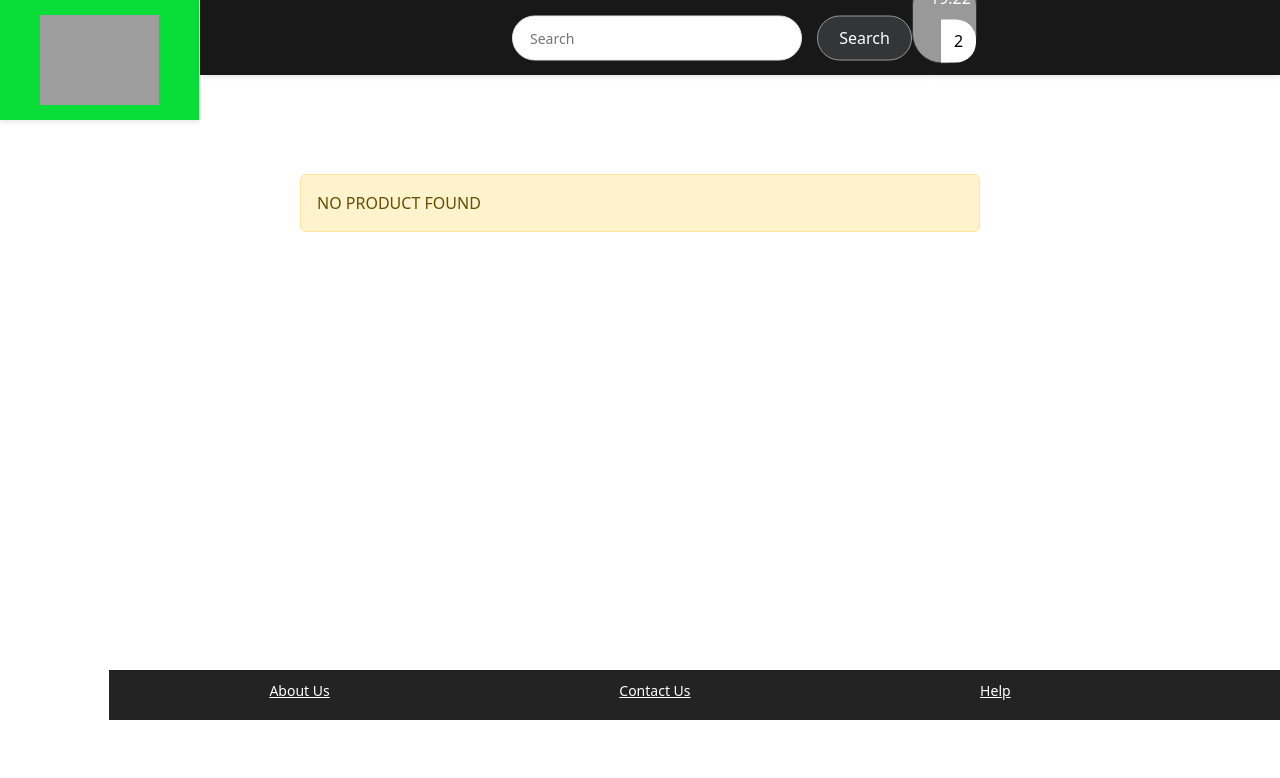
Repository: mustafa-alperen-yilmaz/e-commerce-app
Page: / (app in ecommerceangular/)
These files come from the project's save history. The page is drawn as it stood at one moment and after the next save; the edit follows.
The browser window is 1280 px wide. The pictures show the whole page.
Pictures or frames that could not be fetched are drawn as grey boxes. The page's requests for data from a server got no answer. The project was rebuilt for these pictures with package versions that can differ from the ones it lists, and the page was loaded fresh each time. No one was signed in, and anything a server would have sent is missing. Also part of the build but not shown: ecommerceangular/angular.json, ecommerceangular/src/app/components/produc-details/produc-details.component.ts.

Above is the page before, as saved 2023-03-12 03:49:28.

### ecommerceangular/src/index.html
<!doctype html>
<html lang="en">
<head>
  <meta charset="utf-8">
  <meta name="viewport" content="width=device-width, initial-scale=1 , shrink-to-fit=no">
  <title>Ecommerce App</title>
  <base href="/">
  <link rel="icon" type="image/x-icon" href="favicon.ico">
</head>
<body>
  <app-root></app-root>
</body>
</html>

### ecommerceangular/src/app/app.module.ts
import { NgModule } from '@angular/core';
import { BrowserModule } from '@angular/platform-browser';

import { AppComponent } from './app.component';
import { ProductListComponent } from './components/product-list/product-list.component';
import {HttpClientModule} from '@angular/common/http';
import { ProductService } from './services/product.service';
import {Routes, RouterModule} from '@angular/router';
import { ProductCategoryMenuComponent } from './components/product-category-menu/product-category-menu.component';
import { SearchComponent } from './components/search/search.component';
import { ProducDetailsComponent } from './components/produc-details/produc-details.component';

const routes : Routes=[
  {path: 'products/:id', component: ProducDetailsComponent},
  {path: 'search/:keyword', component: ProductListComponent},
  {path:'category/:id', component:ProductListComponent},
  {path:'category', component:ProductListComponent},
  {path:'products', component:ProductListComponent},
  {path:'', redirectTo:'products', pathMatch:'full'},
  {path:'**', redirectTo:'products', pathMatch:'full'}

];
@NgModule({
  declarations: [
    AppComponent,
    ProductListComponent,
    ProductCategoryMenuComponent,
    SearchComponent,
    ProducDetailsComponent
  ],
  imports: [
    RouterModule.forRoot(routes),
    BrowserModule,
    HttpClientModule
  ],
  providers: [ProductService],
  bootstrap: [AppComponent]
})
export class AppModule { }

### ecommerceangular/src/app/app.component.ts
import { Component } from '@angular/core';

@Component({
  selector: 'app-root',
  templateUrl: './app.component.html',
  styleUrls: ['./app.component.css']
})
export class AppComponent {
  title = 'ecommerceangular';
}

### ecommerceangular/src/app/components/product-list/product-list.component.ts
import { Component , OnInit } from '@angular/core';
import { ProductService } from 'src/app/services/product.service';
import { Product } from 'src/app/common/product';
import { Router, ActivatedRoute } from '@angular/router';

@Component({
  selector: 'app-product-list',
  templateUrl: './product-list-grid.component.html',
  styleUrls: ['./product-list.component.css']
})
export class ProductListComponent implements OnInit {
  products : Product[] =[];
  currentCategoryId: number = 1;
  searchMode: boolean = false;
  constructor(private productService: ProductService ,
              private route : ActivatedRoute) {
    }
  ngOnInit(){
    this.route.paramMap.subscribe(() => {
      this.listProducts();
    });
  }
  listProducts(){
    this.searchMode = this.route.snapshot.paramMap.has('keyword');
    if(this.searchMode){
      this.handleSearchProducts();
    }else{
      this.handleListProducts();
    }
  }
  handleSearchProducts(){
    const theKeyword: string = this.route.snapshot.paramMap.get('keyword')!;
    this.productService.searchProducts(theKeyword).subscribe(
      data =>{
        this.products = data;
      }
    );
  }
  handleListProducts(){
    const hasCategoryId: boolean = this.route.snapshot.paramMap.has('id');
    if(hasCategoryId){
      this.currentCategoryId = +this.route.snapshot.paramMap.get('id')!;
    }else{
      this.currentCategoryId = 1;
    }
    this.productService.getProductList(this.currentCategoryId)
    .subscribe(data => {
      this.products = data;
    })
  }
}

### ecommerceangular/src/app/services/product.service.ts
import { Injectable } from '@angular/core';
import { HttpClient, HttpResponse } from '@angular/common/http';
import { Observable } from 'rxjs';
import { map } from 'rxjs/operators';
import {Product} from '../common/product';
import { ProductCategory } from '../common/product-category';

@Injectable({
  providedIn: 'root'
})
export class ProductService {
  private baseUrl="http://localhost:8080/api/products"; // standart shows 20 products if we want add ?size=number it shows number of products.
  private categoryUrl = "http://localhost:8080/api/product-category";
  constructor(private httpClient : HttpClient) { }

  getProductList(theCategoryId : Number): Observable<Product[]>{
    const searchUrl = `${this.baseUrl}/search/findByCategoryId?id=${theCategoryId}`;
    return this.getProducts(searchUrl);
  }
  getProductCategories(): Observable<ProductCategory[]>{
    return this.httpClient.get<GetResponseProductCategory>(this.categoryUrl)
    .pipe(map(response => response._embedded.productCategory));
  }
  searchProducts(theKeyword: string): Observable<Product[]>{
    const searchUrl = `${this.baseUrl}/search/findByNameContaining?name=${theKeyword}`;
    return this.getProducts(searchUrl);
  }
  private getProducts(searchUrl: string): Observable<Product[]>{
    return this.httpClient.get<GetResponseProducts>(searchUrl)
    .pipe(map(response => response._embedded.products)
    );
  }
  getProduct(theProductId: Number): Observable<Product>{
    const productUrl = `${this.baseUrl}/${theProductId}`;
    return this.httpClient.get<Product>(productUrl);
  }
}
interface GetResponseProducts {
  _embedded:{
    products: Product[];
  }
}
interface GetResponseProductCategory {
  _embedded:{
    productCategory: ProductCategory[];
  }
}

### ecommerceangular/src/app/components/product-category-menu/product-category-menu.component.ts
import { Component , OnInit } from '@angular/core';
import { ProductCategory } from 'src/app/common/product-category';
import { ProductService } from 'src/app/services/product.service';
import { RouterModule } from '@angular/router';


@Component({
  selector: 'app-product-category-menu',
  templateUrl: './product-category-menu.component.html',
  styleUrls: ['./product-category-menu.component.css']
})
export class ProductCategoryMenuComponent implements OnInit {
  productCategories: ProductCategory[] = [];
  constructor(private productService: ProductService) { }

  ngOnInit(){
    this.listProductCategories();
  }
listProductCategories(){
  this.productService.getProductCategories().subscribe(data => {
    console.log('====================================');
    console.log('Product Categories='+ JSON.stringify(data));
    console.log('====================================');
    this.productCategories = data;
    });
  }
}

### ecommerceangular/src/app/components/search/search.component.ts
import { Component ,OnInit } from '@angular/core';
import {Router, ActivatedRoute} from '@angular/router';

@Component({
  selector: 'app-search',
  templateUrl: './search.component.html',
  styleUrls: ['./search.component.css']
})
export class SearchComponent implements OnInit {
  constructor(private router: Router){}

  ngOnInit(){

  }
  doSearch(value : string){
    console.log(`value=${value}`);
    this.router.navigateByUrl(`/search/${value}`);
  }
}

### ecommerceangular/src/app/app.component.html
<div class="page-wrapper">

  <aside class="menu-sidebar d-none d-lg-block">
    <div class="logo">
      <a href="home.html">
        <img src="assets/images/logo.png" alt="ecommerce" class="img-responsive">
      </a>
    </div>
    <app-product-category-menu> </app-product-category-menu>
  </aside>
  <div class="page-container">
    <header class="header-desktop">
      <div class="section-content section-content-p30">
        <div class="container-fluid">
          <div class="header-wrap">
            <app-search></app-search>
            <div class="cart-area d-n">
              <a href="shopping-detail.html">
                <div class="total">19.22 <span> 2</span> </div> <i class="fa fa-shopping-cart"
                  aria-hidden="true"></i>
              </a>
            </div>
          </div>
          <div class="account-wrap"></div>
        </div>
      </div>
    </header>

  </div>
</div>
<!-- <app-product-list></app-product-list> -->
<router-outlet></router-outlet>
<footer>
  <ul>
    <li><a href="#">About Us</a></li>
    <li><a href="#">Contact Us</a></li>
    <li><a href="#">Help</a></li>
  </ul>
</footer>

### ecommerceangular/src/app/components/product-list/product-list-grid.component.html
<div class="main-content">
  <div class="section-content section-content-p30">
    <div class="container-fluid">
      <div class="row">
          <div *ngFor="let tempProduct of products" class="col-md-3">
            <div class="product-box">
              <a routerLink="/products/{{tempProduct.id}}" routerLinkActive="active-link">
                <img src="{{tempProduct.imageUrl}}" alt="" class="img-responsive">
              </a>
              <a href="/products/{{tempProduct.id}}"  routerLinkActive="active-link">
                <h1>{{tempProduct.name}}</h1>
              </a>
              <div class="price">
                {{tempProduct.unitPrice | currency : 'EUR'}}
              </div>
              <a href="#" class="primary-btn" title="button">Add to Card</a>
            </div>
          </div>
          <div *ngIf="products?.length == 0" class="alert alert-warning col-md-12" role="alert">
            NO PRODUCT FOUND
          </div>
      </div>
    </div>
  </div>
</div>

### ecommerceangular/src/app/components/product-category-menu/product-category-menu.component.html
<div class="menu-sidebar-content js-scrollbar1">
  <nav class="navbar-sidebar">
    <ul class="list-unstyled navbar-list">
      <li *ngFor="let tempProductCategory of productCategories">
        <a routerLink="/category/{{tempProductCategory.id}}" routerLinkActive="active-link">
          {{ tempProductCategory.categoryName }}
        </a>
      </li>
    </ul>
  </nav>
</div>

### ecommerceangular/src/app/components/search/search.component.html
<div class="form-header">
  <input #myInput  type="text"
          placeholder="Search "
          class="au-input au-input-xl"
          (keyup.enter)="doSearch(myInput.value)"/>
  <button (click)="doSearch(myInput.value)" class="au-btn-submit">
    Search
  </button>
</div>

Loaded but not shown: ecommerceangular/src/main.ts (common file); ecommerceangular/src/styles.css (1100 lines, source omitted); ecommerceangular/src/app/app.component.css (no stored copy; drawn as an empty file); ecommerceangular/src/app/components/product-category-menu/product-category-menu.component.css (no stored copy; drawn as an empty file); ecommerceangular/src/app/components/product-list/product-list.component.css (no stored copy; drawn as an empty file); ecommerceangular/src/app/components/search/search.component.css (no stored copy; drawn as an empty file)

After the next save:
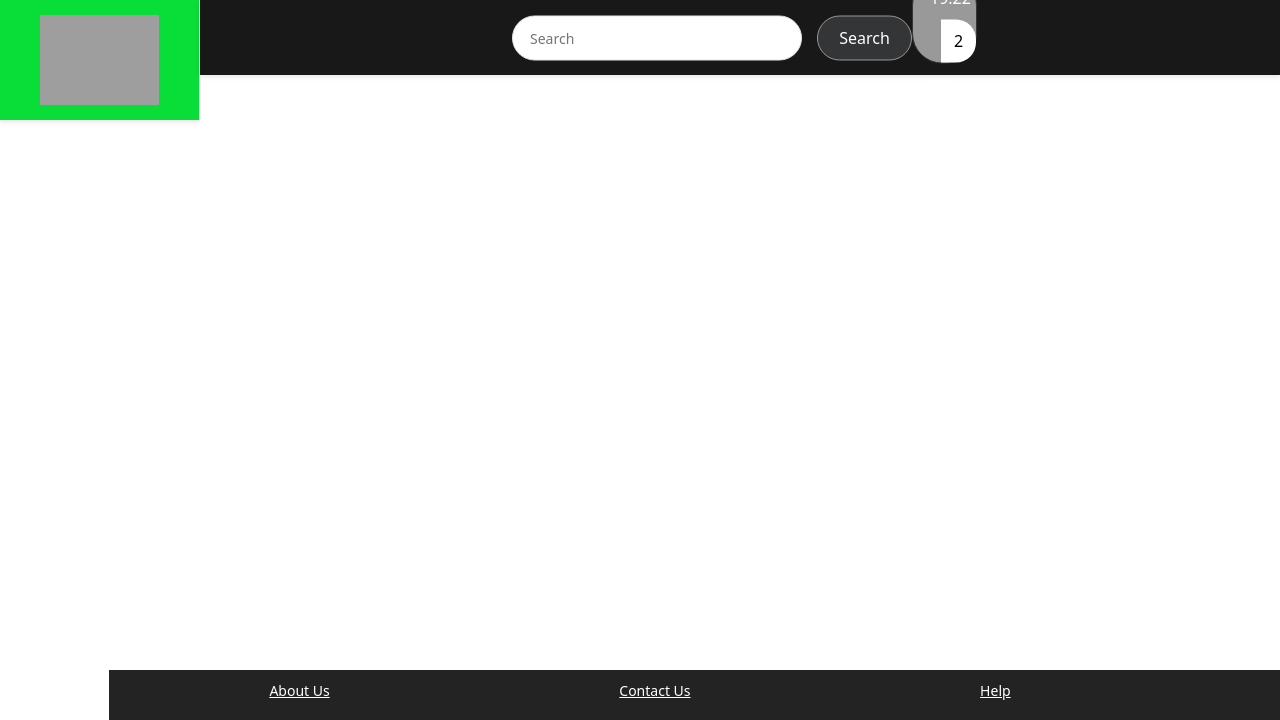
Saved 45 s later.
--- a/ecommerceangular/src/app/app.module.ts
+++ b/ecommerceangular/src/app/app.module.ts
@@ -29,7 +29,7 @@
     ProducDetailsComponent
   ],
   imports: [
-    RouterModule.forRoot(routes),
+    RouterModule,
     BrowserModule,
     HttpClientModule
   ],

After the save that followed:
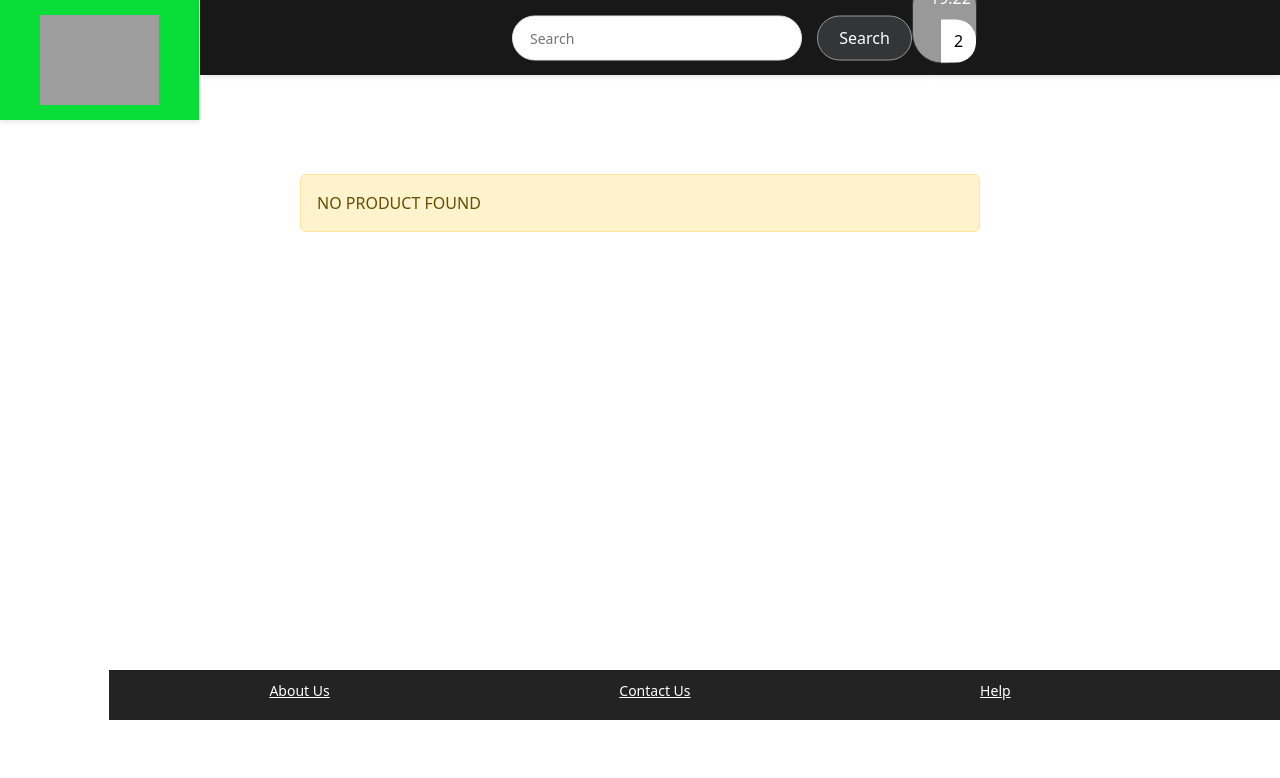
Saved 6 s later.
--- a/ecommerceangular/src/app/app.module.ts
+++ b/ecommerceangular/src/app/app.module.ts
@@ -29,7 +29,7 @@
     ProducDetailsComponent
   ],
   imports: [
-    RouterModule,
+    RouterModule.forRoot(routes),
     BrowserModule,
     HttpClientModule
   ],
